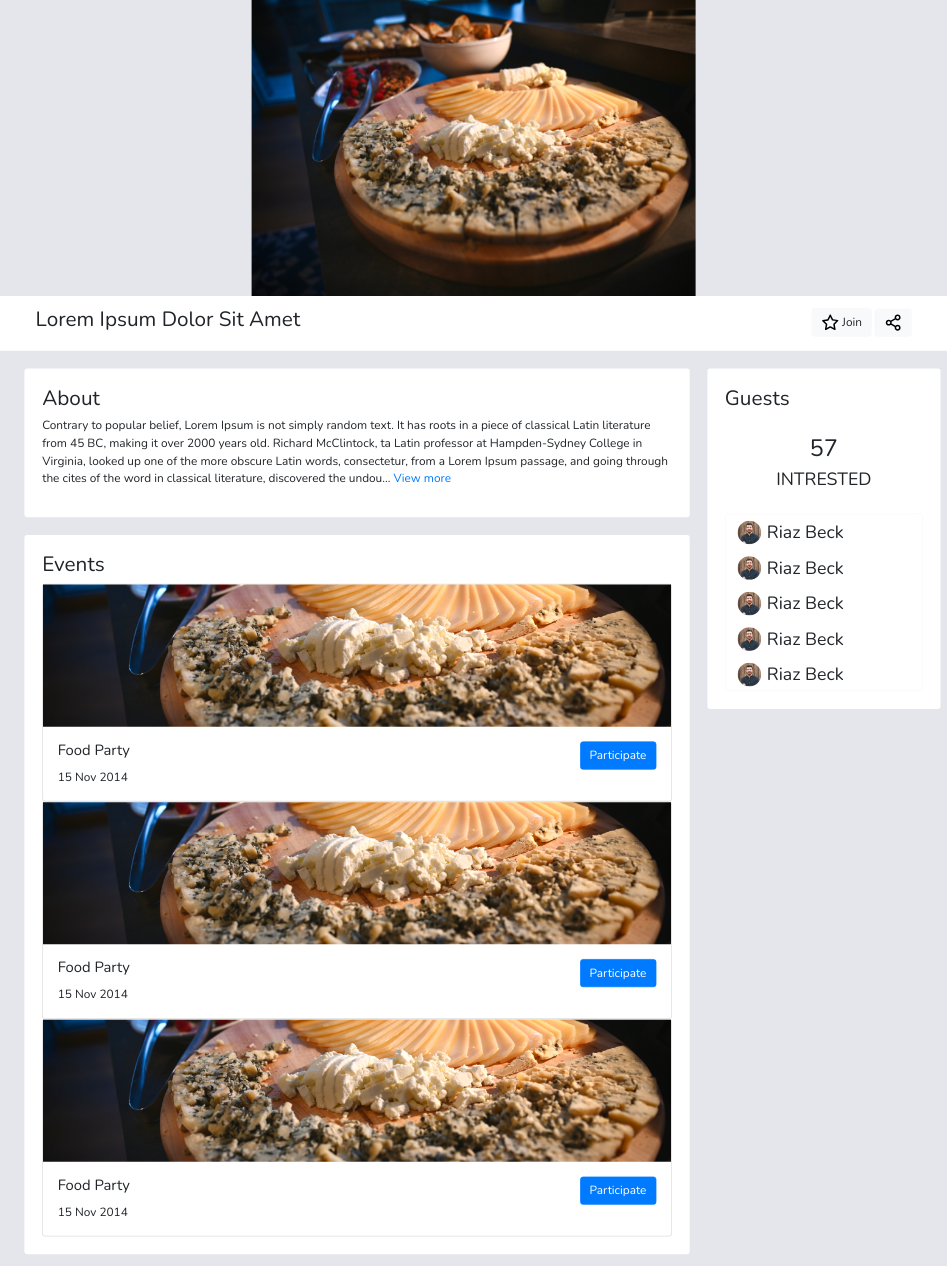
Repository: iamrachid/ensaevents
Page: club.html
These files come from the project's save history. The page is drawn as it stood at one moment and after the next save; the edit follows.
The browser window is 1280 px wide. The pictures show the whole page, at 74% of full size.

Above is the page before, as saved 2021-11-25 19:24:20.

After the next save:
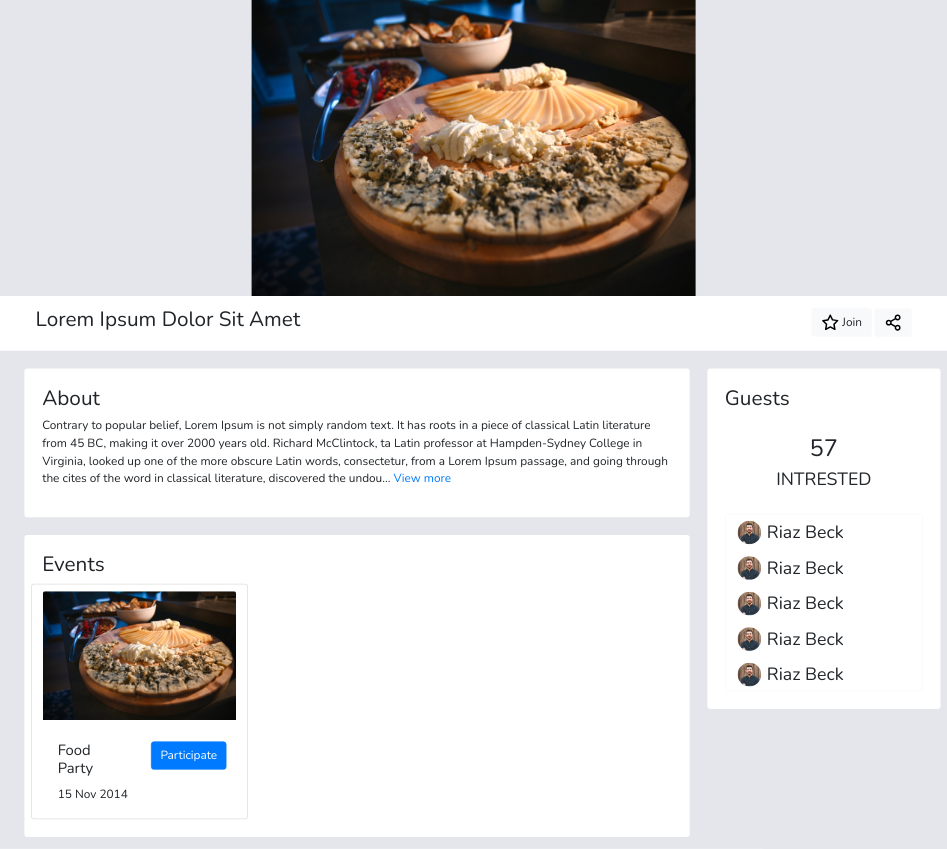
Saved 67 s later.
--- a/club.html
+++ b/club.html
@@ -106,8 +106,8 @@
                 </div>
                 <div class="bg-white mt-4 p-4 rounded">
                     <h3>Events</h3>
-                    <div class="">
-                        <div class="card rounded">
+                    <div class="row">
+                        <div class="card rounded col-12 col-sm-6 col-md-4">
 
                             <div class="card-img-box">
                                 <img class="card-img-top" src="assets/img/card-1.jpg" alt="Card image cap">
@@ -122,36 +122,7 @@
                                 </div>
                             </div>
                         </div>
-                        <div class="card rounded">
 
-                            <div class="card-img-box">
-                                <img class="card-img-top" src="assets/img/card-1.jpg" alt="Card image cap">
-                            </div>
-                            <div class="card-body row">
-                                <div class="col-6">
-                                    <h5 class="card-title">Food Party</h5>
-                                    <p class="card-text">15 Nov 2014</p>
-                                </div>
-                                <div class="col-6 text-right">
-                                    <a href="#" class="btn btn-primary">Participate</a>
-                                </div>
-                            </div>
-                        </div>
-                        <div class="card rounded">
-
-                            <div class="card-img-box">
-                                <img class="card-img-top" src="assets/img/card-1.jpg" alt="Card image cap">
-                            </div>
-                            <div class="card-body row">
-                                <div class="col-6">
-                                    <h5 class="card-title">Food Party</h5>
-                                    <p class="card-text">15 Nov 2014</p>
-                                </div>
-                                <div class="col-6 text-right">
-                                    <a href="#" class="btn btn-primary">Participate</a>
-                                </div>
-                            </div>
-                        </div>
                     </div>
                 </div>
             </div>
